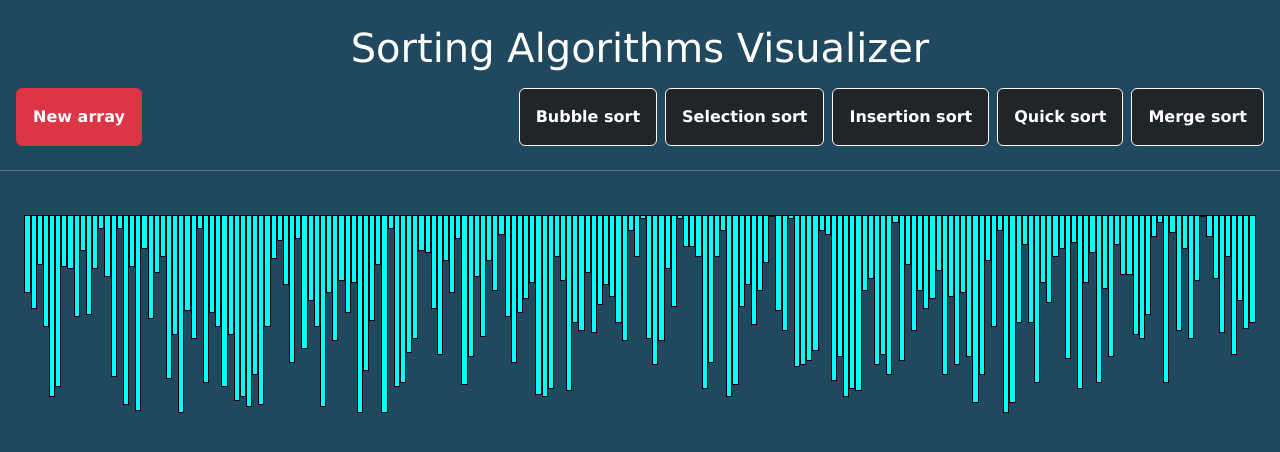
Repository: Vasil1001/Sorting-Algorithms-Visualizer-js
Page: views/index.html
These files come from the project's save history. The page is drawn as it stood at one moment and after a run of saves; the edit follows.
The browser window is 1280 px wide. The pictures show the whole page.

Above is the page before, as saved 2022-11-03 17:59:47.

After the next 2 saves:
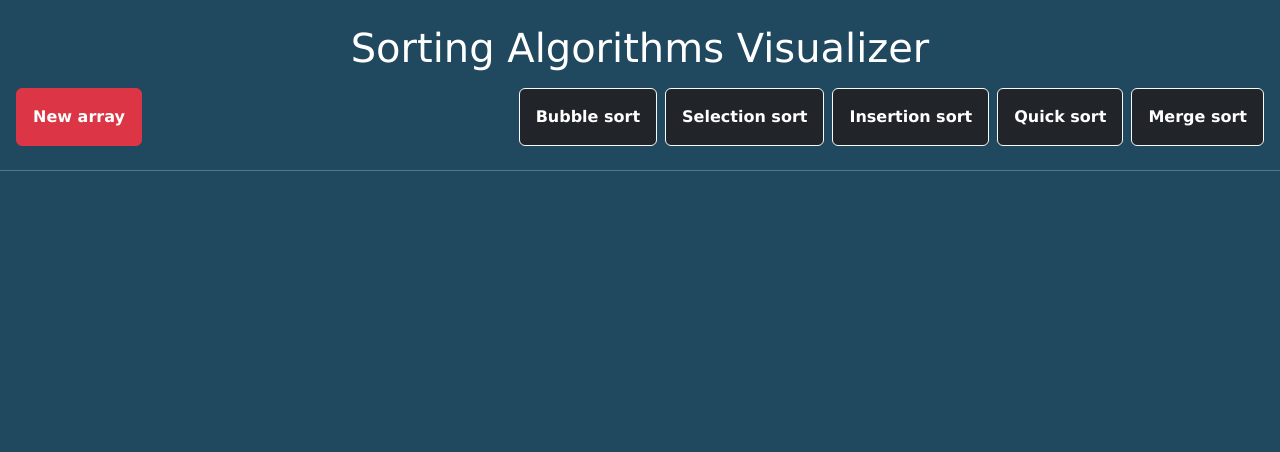
Console error: SyntaxError: Unexpected token ')'
The 2 saves are shown as one change because they came seconds apart.
The last was saved 36 s later.
--- a/sort_algos_js_files/index.js
+++ b/sort_algos_js_files/index.js
@@ -34,4 +34,6 @@
     }
 }
 
-document.getElementById("new_array").addEventListener("click", createBarArray());
+document.getElementById("new_array").addEventListener("click", function()){
+
+}

After the 5 saves that followed:
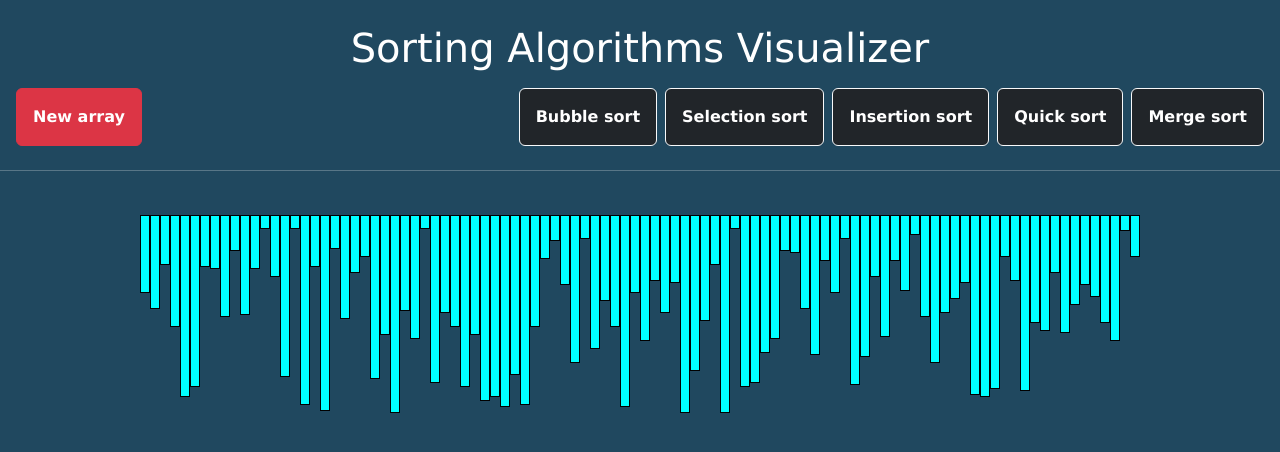
The error is gone.
The 5 saves are shown as one change because 2 left the picture as it was and some came seconds apart.
The last was saved 56 s later.
--- a/sort_algos_js_files/index.js
+++ b/sort_algos_js_files/index.js
@@ -34,6 +34,6 @@
     }
 }
 
-document.getElementById("new_array").addEventListener("click", function()){
-
-}
+document.getElementById("new_array").addEventListener("click", function(){
+    createBarArray();
+});
